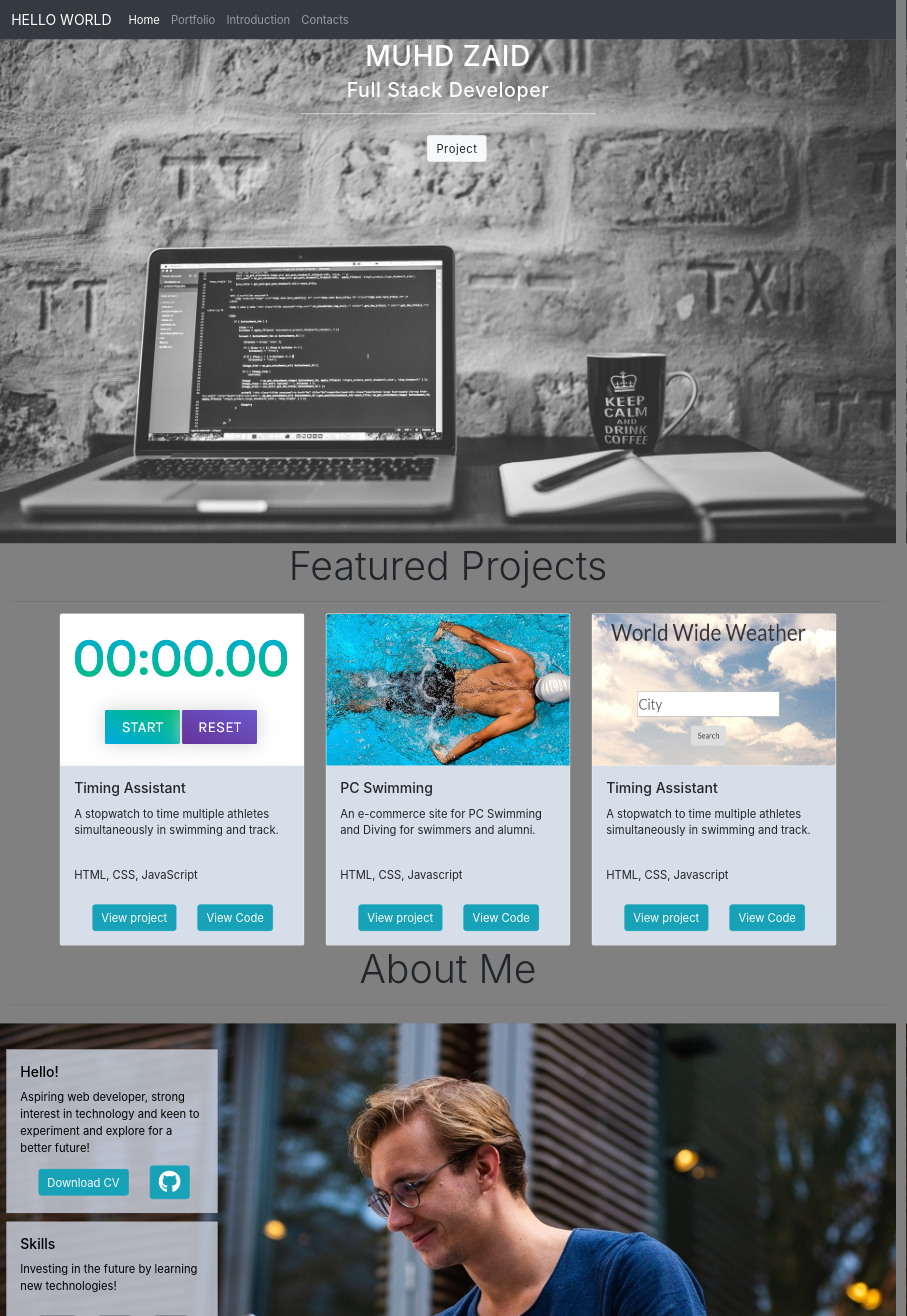
Repository: Code-Institute-Submissions/Zaidcoll-Project1
Page: index.html
The author's editor kept a record of every edit. The page is drawn from the files as they stood at one moment, then again after the next edit.
The browser window is 1280 px wide. The page is 1295 px wide, so the pictures cover 1295 px, including what lies to the right of the window. The pictures show the part of the page from y = 0 to 1880 px (the page is 2640 px tall), at 70% of full size.
Some web libraries are served in a nearby version.

Above is the page before.

### index.html
<!doctype html>
<html lang="en">
  <head>
    <meta charset="utf-8">
    <meta name="viewport" content="width=device-width, initial-scale=1, shrink-to-fit=no">
    <link rel="stylesheet" href="https://stackpath.bootstrapcdn.com/bootstrap/4.3.1/css/bootstrap.min.css" integrity="sha384-ggOyR0iXCbMQv3Xipma34MD+dH/1fQ784/j6cY/iJTQUOhcWr7x9JvoRxT2MZw1T" crossorigin="anonymous">
    <link rel="stylesheet" href='style.css'>
    <title>Resume</title>
  </head>

  <body>
    <nav class="navbar navbar-expand-lg navbar-dark bg-dark">
		<a class="navbar-brand" href="#">HELLO WORLD</a>
      <button class="navbar-toggler" type="button" data-toggle="collapse" data-target="#navbarSupportedContent" aria-controls="navbarSupportedContent" aria-expanded="false" aria-label="Toggle navigation">
        <span class="navbar-toggler-icon"></span>
      </button>

    <div class="collapse navbar-collapse" id="navbarSupportedContent">
      <ul class="navbar-nav mr-auto">
        <li class="nav-item active">
          <a class="nav-link" href="#home">Home <span class="sr-only">(current)</span></a>
          <li> <a class="nav-link" href="#portfolio">Portfolio</a></li>
          <li>  <a class="nav-link" href="#about">Introduction</a></li>
          <li>  <a class="nav-link" href="#contacts">Contacts</a></li>
        </li>
      </ul>
    </div>
  </nav>

  <div class ='container-fullwidth'>
  <a name = 'home'>
    <div class = 'hero'>
      <div class = hero-text >
        <div class = 'row'>
          <div class = 'col-12'>
            <h1>MUHD ZAID </h1>
            <h3>Full Stack Developer</h3>
            <hr id = 'hr-1'>
            <a href="#portfolio" class="btn btn-light">Project</a>
          </div>
        </div>
    </div>
  </div>

  <div class = 'container-fluid'>
    <div class = 'row text-center'>
      <div class = 'col-12'>
        <a name = 'portfolio'>
        <h1 class = 'display-4 title-style'>Featured Projects </h1>
        <hr>
      </div>
    </div>
  </div>

  <div class = 'container'>
    <div class = 'row align-text'>
      <div class = 'col-md-4'>
        <div class = 'card'>
          <a href='https://timing-assistant.herokuapp.com' target='_blank'>
            <img class="card-img-top" src="images/image-1.PNG" alt="Timewatch">
          </a>
          <div class="card-body">
            <h5 class="card-title">Timing Assistant</h5>
            <p class="card-text">A stopwatch to time multiple athletes simultaneously in swimming and track.</p> </br> <p class = 'card-style'>HTML, CSS, JavaScript</p>
            <a href="https://timing-assistant.herokuapp.com" class="btn btn-info" target='_blank'>View project</a>
            <a href="https://github.com/hschafer2017/Sports-Multi-timer-Assistant" class="btn btn-info" target='_blank'>View Code</a>
          </div>
        </div>
      </div>

      <div class = 'col-md-4'>
        <div class = 'card card-2'>
          <a href ='https://pcswimming-project.herokuapp.com'target='_blank'>
          <img class="card-img-top" src="images/image-2.jpg" alt="Swimmer">
          </a>
          <div class="card-body">
            <h5 class="card-title">PC Swimming</h5>
            <p class="card-text">An e-commerce site for PC Swimming and Diving for swimmers and alumni.</p> </br> <p class = 'card-style'>HTML, CSS, Javascript</p>
            <a href="https://pcswimming-project.herokuapp.com" class="btn btn-info"target='_blank'>View project</a>
            <a href="https://github.com/hschafer2017/PCSwimming" class="btn btn-info"target='_blank'>View Code</a>
          </div>
        </div>
      </div>

      <div class = 'col-md-4'>
        <div class = 'card card-3'>
        <a href ='https://hschafer2017.github.io/Weather-Search-API/'target='_blank'>
          <img class="card-img-top" src="images/image-3.PNG" alt="Weather">
        </a>
          <div class="card-body">
            <h5 class="card-title">Timing Assistant</h5>
            <p class="card-text">A stopwatch to time multiple athletes simultaneously in swimming and track.</p> </br> <p class = 'card-style'>HTML, CSS, Javascript</p>
            <a href="https://hschafer2017.github.io/Weather-Search-API/" class="btn btn-info" target='_blank'>View project</a>
            <a href="https://github.com/hschafer2017/Weather-Search-API" class="btn btn-info" target='_blank'>View Code</a>
          </div>
        </div>
      </div>
    </div>
  </div>

  <div class = 'container-fluid'>
    <div class = 'row text-center'>
      <div class = 'col-12'>
        <a name='about'>
        <h1 class = 'display-4 title-style about'>About Me</h1>
        <hr>
      </div>
    </div>
  </div>

  <div class = 'container-fullwidth'>
    <div class = 'hero-2'>
      <div class="card"id ='about-me'>
          <div class="card-body">
            <h5 class="card-title">Hello!</h5>
            <p class="card-text">Aspiring web developer, strong interest in technology and keen to experiment and explore for a better future!</p>
              <a href="https://www.pdfhost.net/index.php?Action=DownloadFile&id=930bccb3a2eb86f6e923270a78e95043" class="btn btn-info">Download CV</a>
              <a class="btn btn-info" href="https://github.com/Zaidcoll/Project1" target='_blank'data-placement="bottom" title="Github"><i class="fab fa-github fa-2x "></i></a>
          </div>
      </div>
      <div class = 'card' id = 'skills'>
        <div class = 'card-body'>
          <h5 class="card-title">Skills</h5>
            <p class="card-text">Investing in the future by learning new technologies!</p>
            <button type="button" class="btn btn-secondary" data-toggle="tooltip" data-placement="bottom" title="JavaScript"><i class="fab fa-js-square fa-2x "></i>
            </button>

            <button type="button" class="btn btn-secondary" data-toggle="tooltip" data-placement="bottom" title="CSS"><i class="fab fa-css3-alt fa-2x "></i>
            </button>

            <button type="button" class="btn btn-secondary" data-toggle="tooltip" data-placement="bottom" title="HTML"><i class="fab fa-html5 fa-2x "></i>
            </button>

          </div>
        </div>
      </div>
    </div>
  </div>



  <div class = 'container-fluid'>
    <div class = 'row text-center'>
      <div class = 'col-12'>
        <a name='contacts'>
        <h1 class = 'display-4 title-style'>Let's Connect</h1>
        <hr>
      </div>
    </div>
  </div>



<div class = 'container'>
  <div class = 'row'>
    <div class = 'col-md-6'>
      <div class="card">
      <div class="card-body">
        <h3 class="card-title"><i class="fas fa-address-book mr-3 "></i>Contact Me</h3>
        <hr>
          <p class="card-text"><i class="fas fa-phone-square fa-2x mr-2"></i>Phone:+65 94292833</p>
          <p class="card-text"><i class="fas fa-envelope fa-2x mr-2"></i>Email: Muhdzaid1995@gmail.com</p>
          <p class="card-text"><i class="fas fa-street-view fa-2x mr-2"></i>Location: Singapore</p>
          <p> <a class="btn btn-info" href="https://github.com/Zaidcoll/Project1" target='_blank'data-placement="bottom" title="Github"><i class="fab fa-github fa-2x "></i></a> <a class="btn btn-info" href="https://www.linkedin.com/login" target='_blank' data-placement="bottom" title="Linkedin"><i class="fab fa-linkedin fa-2x "></i></a><a class="btn btn-info" href="https://twitter.com/LinkedIn?ref_src=twsrc%5Egoogle%7Ctwcamp%5Eserp%7Ctwgr%5Eauthor" target='_blank'data-placement="bottom" title="Twitter"><i class="fab fa-twitter-square fa-2x "></i></a></p>
      </div>
    </div>
    </div>
    <div class = 'col-md-6'>
      <form>
        <div class="form-group">
          <label for="exampleFormControlInput1">Full Name:</label>
          <input type="text" class="form-control" id="exampleFormControlInput1" placeholder="John Smith">
        </div>
        <div class="form-group">
          <label for="exampleFormControlInput1">Email Address:</label>
          <input type="email" class="form-control" id="exampleFormControlInput1" placeholder="youremail@example.com">
        </div>
        <div class="form-group">
          <label for="exampleFormControlTextarea1">Comments:</label>
          <textarea class="form-control" id="exampleFormControlTextarea1" rows="3"></textarea>
        </div>
        <button class="btn btn-primary" type="submit">Send</button>
      </form>
    </div>
  </div>
</div>

    <script src="https://kit.fontawesome.com/ce1f594b7c.js"></script>
    <script src="https://code.jquery.com/jquery-3.3.1.slim.min.js" integrity="sha384-q8i/X+965DzO0rT7abK41JStQIAqVgRVzpbzo5smXKp4YfRvH+8abtTE1Pi6jizo" crossorigin="anonymous"></script>
    <script src="https://cdnjs.cloudflare.com/ajax/libs/popper.js/1.14.7/umd/popper.min.js" integrity="sha384-UO2eT0CpHqdSJQ6hJty5KVphtPhzWj9WO1clHTMGa3JDZwrnQq4sF86dIHNDz0W1" crossorigin="anonymous"></script>
    <script src="https://stackpath.bootstrapcdn.com/bootstrap/4.3.1/js/bootstrap.min.js" integrity="sha384-JjSmVgyd0p3pXB1rRibZUAYoIIy6OrQ6VrjIEaFf/nJGzIxFDsf4x0xIM+B07jRM" crossorigin="anonymous"></script>
  </body>
</html>

### style.css
body{
    background-color:grey;
}


.hero{
  color:rgb(255, 255, 255);
  background-image:url(images/hero-image.jpg);
  height:100vh;
  background-size:cover;
  padding-bottom:10vh;
}

.hero-text{
  letter-spacing:0.8px;
  font-size:150%;
  text-align: center;
}
#hr-1{
  background:white;
  width:420px;
}

.hero-2{
  margin-top:10px;
  color:white;
  background-image:url(images/about.jpg);
  height:100vh;
  background-size:cover;
  padding-top:5vh;
}

#about-me{
width: 19rem;
margin-left:8px;
color:black;
background:rgba(173, 5, 5, 0.1);
}
#skills{
width:19rem;
height:12rem;
margin-top:10px;
margin-left:8px;
color:black;
background:rgba(173, 5, 5, 0.1);
}

.btn{
  margin-top: 2vh;
  margin-left: 2vw;
}

.card-body{
  background-color:rgba(204, 216, 228, 0.801);
}

After the next edit:
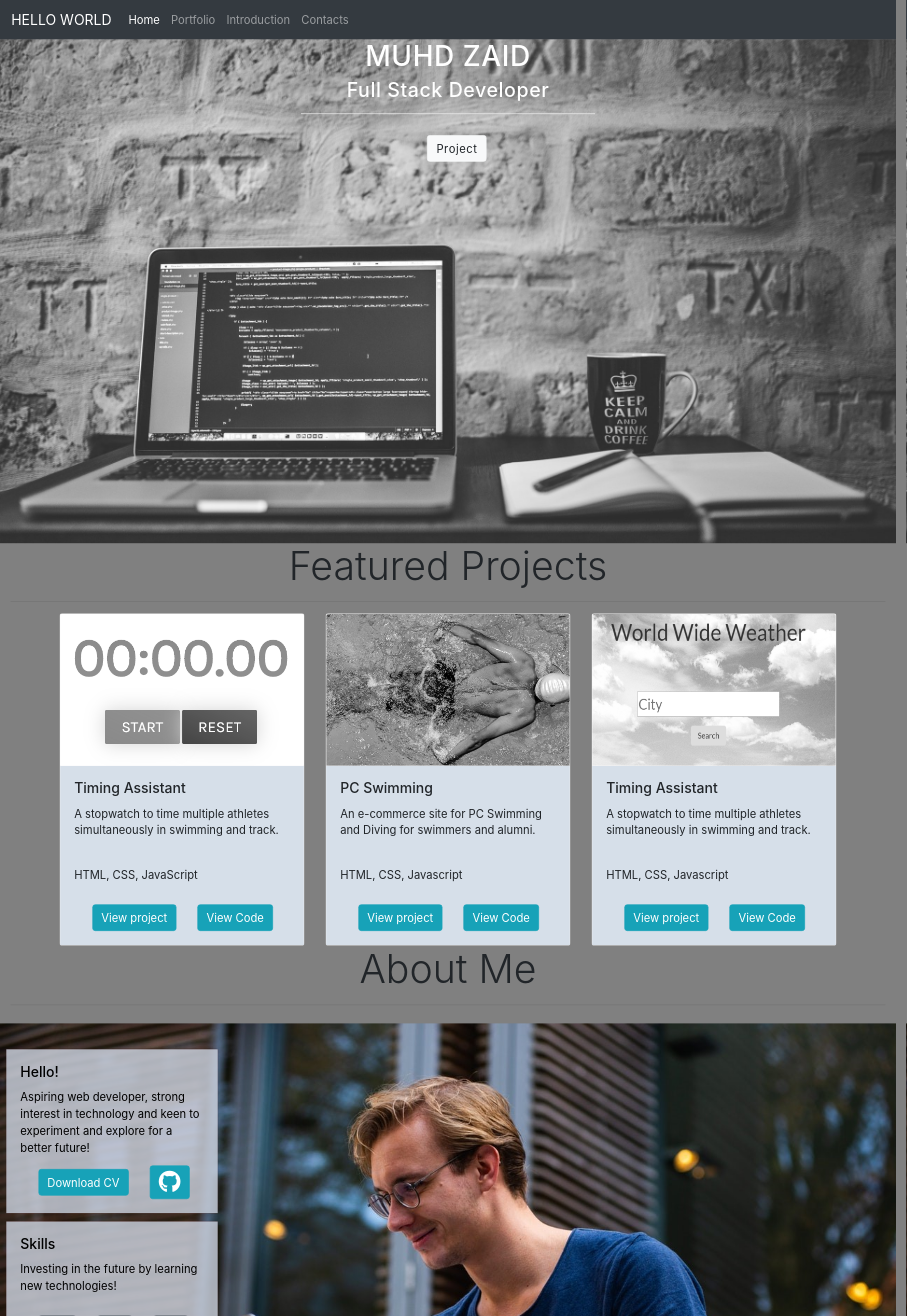
The edit:
--- a/style.css
+++ b/style.css
@@ -53,3 +53,17 @@ background:rgba(173, 5, 5, 0.1);
 .card-body{
   background-color:rgba(204, 216, 228, 0.801);
 }
+
+
+@media only screen and (min-width: 1200px) {
+  img{
+    filter:grayscale(100%);
+  }
+}
+
+img:hover{
+    filter:grayscale(0%);
+  }
+html {
+  scroll-behavior: smooth;
+}
